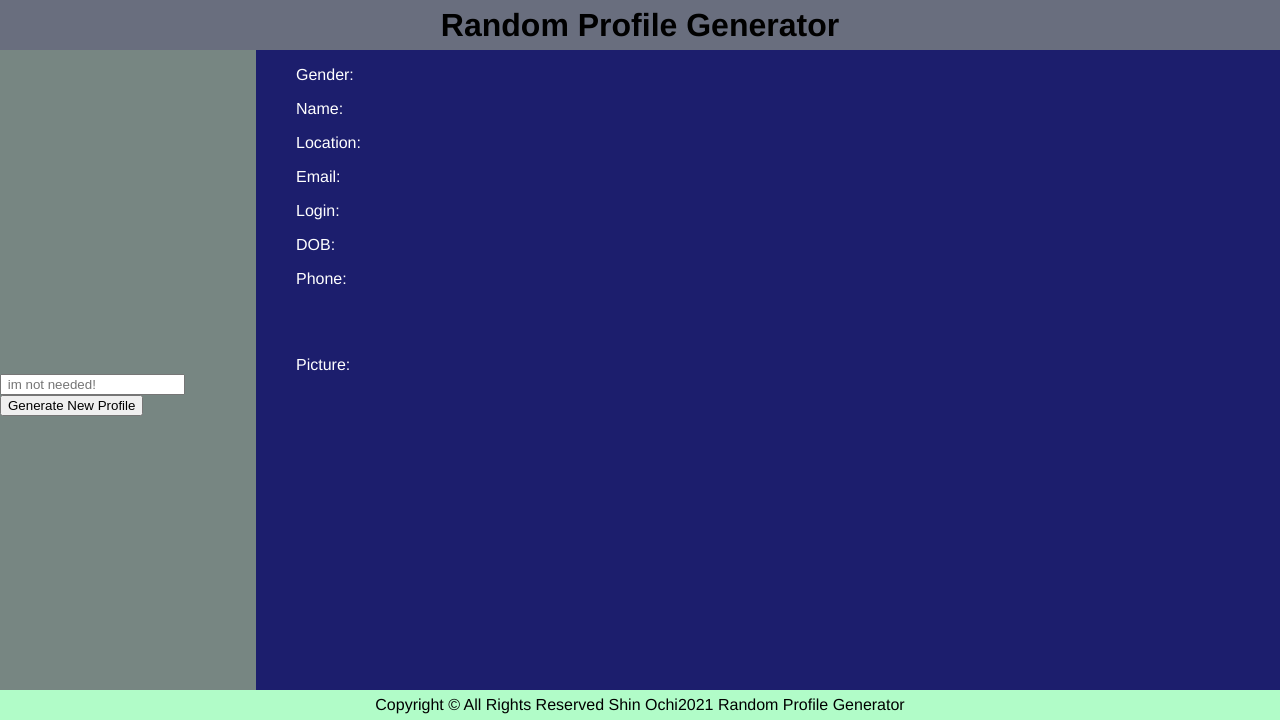
Repository: swaroopu-kr/Web-Application
Page: index.html
These files come from the project's save history. The page is drawn as it stood at one moment and after the next save; the edit follows.
The browser window is 1280 px wide. The pictures show the whole page.

Above is the page before, as saved 2021-10-30 11:57:11.
Console error: SyntaxError: Unexpected token '('

### index.html
<!DOCTYPE html>
<html>
  <head>
    <meta charset="utf-8">
    <meta name="viewport" content="width=device-width">
    <title>Ajax Weather Lab</title>
    <link href="./style.css" rel="stylesheet" type="text/css" />

    <script src="https://code.jquery.com/jquery-3.6.0.min.js" integrity="sha256-/xUj+3OJU5yExlq6GSYGSHk7tPXikynS7ogEvDej/m4=" crossorigin="anonymous"></script>

    <script defer src="./script.js"></script>
  </head>

  <body>

  <header>

    <h1>Random Profile Generator</h1>

    <br>
    <br>



    </header>

    <main>
<div>
<ul> Gender:   </ul>
<ul> Name: </ul>
<ul> Location: </ul>
<ul> Email: </ul>
<ul> Login: </ul>
<ul> DOB: </ul>
<ul> Phone: </ul>
<br>
<br>

<ul>Picture:  <br> </ul>


</div>

    </main>

    <aside>
      <form style="margin-top: 50px;">
        <label>
          <input type="text" placeholder=" im not needed!">
        </label>
      <input type="submit" value="Generate New Profile">
      </form>



   </aside>

   <footer>
    <p>Copyright &copy; All Rights Reserved Shin Ochi</p>
    <br>
    <p>2021 Random Profile Generator</p>

  </footer>


</body>
</html>

### style.css

      * {
        box-sizing: border-box;
      }

      body {
        height: 100vh;
        margin: 0;
        font-family: Helvetica;
        display: grid;
        /* mobile first - single column */
        grid-template-columns: 1fr;
        grid-template-rows: 50px 30px auto 100px;

      }

      header {
        grid-area: hdr;
        background-color: #696e7e;
      }

      footer {
        grid-area: ftr;
        background-color: #b1fcc8;
      }

      aside{

        background-color: #0421188a;

      }



      main {
        grid-area: content;
        background-color: #1c1e6d;
        color: white;
        display: flex;
        justify-content: left;
        align-items: left;
      }

      header,
      footer,
      aside {
        display: flex;
        justify-content: center;
        align-items: center;
      }

      @media only screen and (min-width: 768px) {
        body {
          grid-template-columns: 1fr 4fr;
          grid-template-rows: 50px auto 30px;
          grid-template-areas:
          "hdr hdr"
          "side content"
          "ftr ftr";
        }

      }

### script.js
//IIFE FUNCTION
//$(function () {





    // Constants
    BASE_URL = 'https://randomuser.me/api/?inc=gender,name,location,email,login,DOB,phone,picture';

    // State Variables

    let apiData;

    // Cached Element References
    const $input = $('input[type="text"]')
    const $main = $('main');
    const $form = $('form');

// Event Listeners

$main.on('click', 'article', handleClick);

getData();


function getData () {
$ajax.(BASE_URL)
.then(function(data){
apiData = data;
render();
}, function(error) {

});
} //close function

function handleClick () {
$(this).children().toggleClass('hidden');
}


function render (){
const userData = api.map(function())
return


$main.html('<section>${user}</section>');

}


    // Functions

    function handleSubmit(evt) {
      evt.preventDefault();
      const currCity = $input.val();
      console.log(currCity)
        $.ajax({BASE_URL}
  success: function(data) {
    console.log(data);
  })
};





    // add data as text content to our DOM elements
    function render () {
      $main.html(
        // create p tags with weatherData values interpolated within them
        `
        <p>Weather For: ${weatherData.name}</p>
        <p>Temperature: ${weatherData.main.temp}&#176;</p>
        <p>Feels Like: ${weatherData.main.feels_like}&#176;</p>
        <p>Weather: ${weatherData.weather[0].description}</p>
        `
      )
    }

   //})

After the next save:
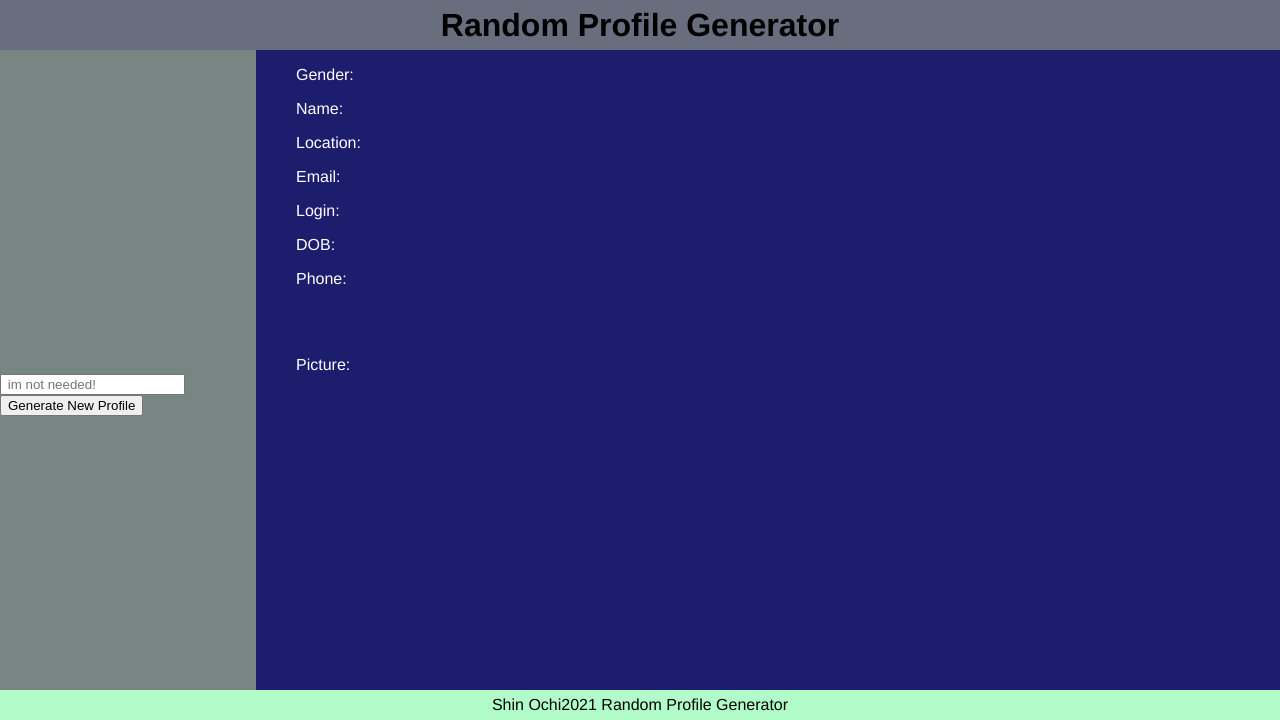
Saved 10 s later.
--- a/index.html
+++ b/index.html
@@ -56,7 +56,7 @@
    </aside>
 
    <footer>
-    <p>Copyright &copy; All Rights Reserved Shin Ochi</p>
+    <p>Shin Ochi</p>
     <br>
     <p>2021 Random Profile Generator</p>
 
